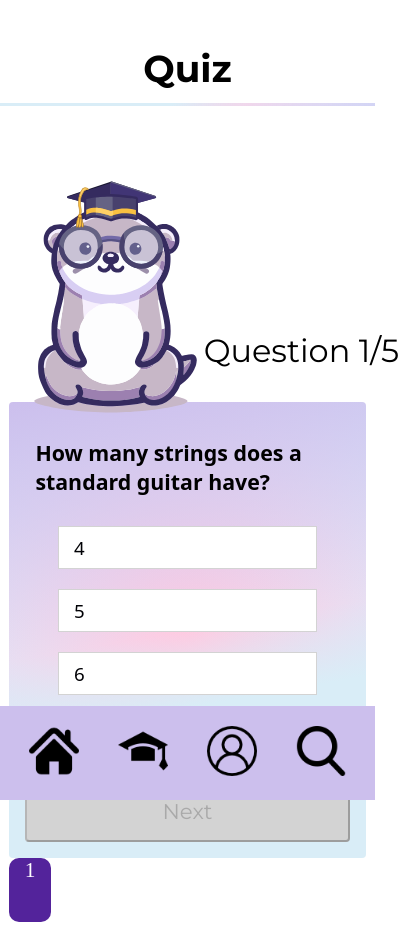
Repository: 1medi/pocketprof
Page: /quiz/page
The author's editor kept a copy of each file at every save. The page is drawn from the files as they stood at one save, then again after the next save.
The browser window is 375 px wide. The page is 411 px wide, so the pictures cover 411 px, including what lies to the right of the window. The pictures show the whole page.
The project was rebuilt for these pictures with package versions that can differ from the ones it lists, and the page was loaded fresh each time. The framework's server and built-in components were replaced by stand-ins that run in the browser. Also part of the build but not shown: next.config.mjs, Components/Buttons/Oscar/Oscar.module.css, Components/Buttons/Oscar/index.js.

Above is the page before, as saved 2024-04-14 06:26:40.

### pages/quiz/page.jsx
'use client';
import React, { useState, useRef, useEffect } from 'react';
import { quiz } from "../data"
import styles from "./page.module.css"
import { Montserrat } from "next/font/google"
import Header from '@/Components/Header';
import NavBar from "@/Components/Navbar"
import Image from 'next/image';


const notoSans = Montserrat({
  subsets: ['latin'],
});

export default function Page() {
  const [activeQuestion, setActiveQuestion] = useState(0);
  const [selectedAnswer, setSelectedAnswer] = useState('');
  const [checked, setChecked] = useState(false);
  const [selectedAnswerIndex, setSelectedAnswerIndex] = useState(null);
  const [showResult, setShowResult] = useState(false);
  const [result, setResult] = useState({
    score: 0,
    correctAnswers: 0,
    wrongAnswers: 0,
  });
  const [progress, setProgress] = useState(0);

  const nextButtonRef = useRef(null);

  const { questions } = quiz;
  const { answers, correctAnswer } = questions[activeQuestion];

  const onAnswerSelected = (answer, idx, event = null) => {
    if (event && event.type === 'keydown' && (event.key !== 'Enter' && event.key !== ' ')) {
      return;
    }
    setChecked(true);
    setSelectedAnswerIndex(idx);
    if (answer === correctAnswer) {
      setSelectedAnswer(true);
      console.log('true');
    } else {
      setSelectedAnswer(false);
      console.log('false');
    }
  };


  useEffect(() => {
    if (checked && nextButtonRef.current) {
      nextButtonRef.current.focus();
    }
  }, [checked]);

  const nextQuestion = () => {
    setProgress((prevProgress) => (prevProgress + 1) % 5); // Change 5 to the total number of nested divs
    setSelectedAnswerIndex(null);
    setResult((prev) =>
      selectedAnswer
        ? {
            ...prev,
            score: prev.score + 5,
            correctAnswers: prev.correctAnswers + 1,
          }
        : {...prev,
            wrongAnswers: prev.wrongAnswers + 1,
          }
    );
    if (activeQuestion !== questions.length - 1) {
      setActiveQuestion((prev) => prev + 1);
    } else {
      setActiveQuestion(0);
      setShowResult(true);
    }
    setChecked(false);
  };

  return (
    <>
    <Header name="Quiz"/>
      <div className={`${styles.container}`}>
      <div>
      <div className={styles.oscarBox}>
    <Image
      priority
      src="/img/oscar/oscar-main.svg"
      width="100"
      height="100"
      alt="oscar"
      className={styles.oscar}
    />
    {!showResult && (
      <div className={styles.activeQ}>
        Question {activeQuestion + 1}
        <span>/{questions.length}</span>
      </div>
    )}
  </div>
    </div>
      <div>
        {!showResult ? (
          <div className={styles.quizContainer}>
            <h3 className={styles.question}>{questions[activeQuestion].question}</h3>
            {answers.map((answer, idx) => (
              <li
                key={idx}
                onClick={() => onAnswerSelected(answer, idx)}
                onKeyDown={(event) => onAnswerSelected(answer, idx, event)}
                className={`${styles.answerList} ${selectedAnswerIndex === idx ? styles.itemSelected : styles.itemHover}`}
                tabIndex={0}>
                <span>{answer}</span>
              </li>
            ))}

            <button
              ref={nextButtonRef}
              onClick={nextQuestion}
              className={checked ? styles.btn : styles.btnDisabled}
              tabIndex={2}
              disabled={!checked}>
              {activeQuestion === questions.length - 1 ? 'Finish' : 'Next'}
            </button>
          </div>
        ) : (
          <div className={styles.quizContainer}>
            <div className={styles.result}><h3 className={styles.hthree}>Results</h3></div>
            <div><h2 className={styles.htwo}>Overall {(result.score / (questions.length * 5)) * 100}%</h2></div>
            <div className={styles.resultBox}>
              <p className={styles.paragraph}>
              Total Questions: <span>{questions.length}</span>
            </p>
            <p className={styles.paragraph}>
              Total Score: <span>{result.score}</span>
            </p>
            <p className={styles.paragraph}>
              Correct Answers: <span>{result.correctAnswers}</span>
            </p>
            <p className={styles.paragraph}>
              Wrong Answers: <span>{result.wrongAnswers}</span>
            </p>
            </div>
            <button className={styles.btn} onClick={() => window.location.reload()}>Restart</button>
          </div>
        )}
      </div>
      <div className={styles.progressBar}>
          <div className={styles.step} style={{ opacity: progress >= 0 ? 1 : 0 }}><p className={styles.barText}>1</p></div>
          <div className={styles.step} style={{ opacity: progress >= 1 ? 1 : 0 }}><p className={styles.barText}>2</p></div>
          <div className={styles.step} style={{ opacity: progress >= 2 ? 1 : 0 }}><p className={styles.barText}>3</p></div>
          <div className={styles.step} style={{ opacity: progress >= 3 ? 1 : 0 }}><p className={styles.barText}>4</p></div>
          <div className={styles.step} style={{ opacity: progress >= 4 ? 1 : 0 }}><p className={styles.barText}>5</p></div>
      </div>
      </div>
    <NavBar/>
    </>

  );
};

### pages/api/chat-gpt/route.js
import { NextResponse } from "next/server";

export async function POST(request) {
  return NextResponse.json({
    name: "IT WORKS!!!",
  });
}

### styles/globals.css
:root {
background-color: white;
align-content: center;
--main-color-purple: #53239B;
--main-color-lightpurple: #CCBFED;
--secondary-color-blue: #9AB7F9;
--secondary-color-lightblue: #CCE3FB;

--font-header: 34pt ;
--font-section-header: 28pt;
--font-sub-header: 24pt;
--font-button: 16pt;
--font-body: 16pt;
--font-secondary: 14pt;
--font-tertiary:12pt;

--headings: "Montserrat", "sans-serif";;
--body-text: "Noto Sans", sans-serif;

}


* {
    padding: 0;
    margin: 0;
  }

  ol,
  ul {
    list-style: none;
  }

### pages/data.js
export const quiz = {
    totalQuestions: 5,
    questions: [
      {
        id: 1,
        question: 'How many strings does a standard guitar have?',
        answers: ['4', '5', '6', '7'],
        correctAnswer: '6',
      },
      {
        id: 2,
        question: 'Which part of the guitar do you strum or pluck the strings with?',
        answers: ['Headstock', 'Fretboard', 'Body', 'Bridge'],
        correctAnswer: 'Body',
      },
      {
        id: 3,
        question: 'What is a pick used for in playing the guitar?',
        answers: ['Holding the strings down', 'Strumming or plucking the strings', 'Keeping the guitar in tune', 'San Marino'],
        correctAnswer: 'Strumming or plucking the strings',
      },
      {
        id: 4,
        question: 'What is the name of the thickest string on the guitar?',
        answers: ['A string', 'E string', 'D string', 'G string'],
        correctAnswer: 'E string',
      },
      {
        id: 5,
        question: 'Where do you place your fingers to play different notes on the guitar?',
        answers: ['On the body', 'On the headstock', 'On the strings over the fretboard', 'On the tuning pegs'],
        correctAnswer: 'On the strings over the fretboard',
      },
    ],
  };

### pages/quiz/page.module.css

@media only screen and (max-width:431px) {
  .container{
  padding: 1rem 0;
  background-color: white;
  width: 95%;
  margin: auto;
  margin-top: 3rem;
  border-radius: 10px;
  font-size: var(--font-body);

}

.question{
  font-family: var(--body-text);
  font-size: var(--font-body);
  margin: 20px 10px;

}

.htwo {
  padding-bottom: 2rem;
  color: #000105;
  font-family: var(--headings);
  font-size: var(--font-sub-header);
}

.hthree {
  padding-bottom: 2rem;
  color: #000105;
  font-family: var(--headings);
  font-size: var(--font-sub-header);
  text-align: left;
}

.result{
  left:0;
  width:100%;
  border-bottom: 0.5px solid black;
  height: 40px;
  margin-bottom: 3rem;
}

.btn {
  padding: 16px 8px;
  width: 100%;
  margin-top: 12px;
  font-size: var(--font-button);
  border-radius: 5px;
  cursor: pointer;
  background-color: var(--main-color-purple);
  color: white;
  font-family: var(--headings);
  align-self: center;
}

.btnDisabled {
  background-color: lightgray;
  padding: 16px 8px;
  width: 100%;
  margin-top: 12px;
  font-size: var(--font-button);
  border-radius: 4px;
  color: darkgray;
  font-family: var(--headings);
}

.answerList {
  list-style-type: none;
  cursor: pointer;
  margin: 10px 50px;
  padding: 8px 15px;
  color: #000105;
  border: 1.5px solid lightgray;
  background-color: white;
  font-family: var(--body-text);
  font-size: var(--font-secondary);
  width: 70%;
}

.activeQ{
  margin: 5rem 12rem;
  position: absolute;
  top: 50%; /* center vertically */
  left: 50%; /* center horizontally */
  transform: translate(-50%, -50%); /* adjust precise centering */
  width: 100%;
  color: black;
  text-align: center;
  padding:10px;
  font-family: var(--headings);
  font-size: var(--font-sub-header)
}

.itemHover:hover {
  background-color: #CCBFED;
  columns: #fff;
}

.itemSelected {
  color: #474747;
  background-color:#8E71D5;
}

.quizContainer {
  background: linear-gradient(-10deg, #d9edf7 35%, rgba(237, 202, 216, 0) 50%, var(--main-color-lightpurple)), radial-gradient(circle, #ffcae1 0, #daeafc 100%);
  padding: 1rem;
  margin-top: 2rem;
  border-radius: 4px;
  display: flex;
  flex-direction: column;
  justify-content: center;
  align-items: center;

}

.paragraph {
  padding: 8px 0;
  font-size: var(--font-body);
  font-family: var(--body-text);
  margin: 10px;
  padding: 8px 50px 8px 10px;
  color: #000105;
  border-bottom: 1.5px solid lightgray;
  background-color: white;
  text-align: left;
}

.resultBox{
  background-color: white;
  padding: 2rem;
  width: fit-content;
  display: flex;
  flex-direction: column;
  align-self: center;
  border-radius: 10px;
  margin-bottom: 2rem;
}

.oscarBox {
  position: relative;
  width: 200px;
  height: 200px;
}

.oscar {
  display: block;
  width: 100%;
  height: auto;
}

.progressBar{
  display: flex;
  flex: row;
  border-radius: 5px;
}

.step{
  background-color: var(--main-color-purple);
  transition: background-color 0.5s ease;
  height:3em;
  width: 10em;
  margin-right:30px;
  border-radius: 10px;
  text-align: center;
}

.barText{
  color:white;
}


}

### Components/Header/index.js
import styles from "@/Components/Header/Header.module.css"
import Link from "next/link"

export default function Header({name}){
  return (
    <>
    <header className={styles.header}>

      <h1 className={styles.headerTitle}>{name}</h1>
    </header>
    </>
  )
}

### Components/Navbar/index.js
import styles from "./Navbar.module.css"
import Oscar from "@/Components/Buttons/Oscar"
import Link from "next/link"
import Home from "@/public/img/home-icon-silhouette.png"
import Image from "next/image"
import Learn from "@/public/img/learn.png"
import Profile from "@/public/img/navuser.png"
import Search from "@/public/img/search.png"

export default function NavBar() {
  return (
    <nav className={styles.nav}>
      <div className={styles.navContainer}>
        <ul className={styles.navOptions}>
          <li className={styles.navLink}>
            <Link href={'/'} className={styles.navText}>
              <Image
              className={styles.image}
              src={Home}
              width={50}
              height={50}
              />
            </Link>
          </li>
          <li className={styles.navLink}>
            <Link href={'/Courses'} className={styles.navText}>
              <Image
              className={styles.image}
              src={Learn}
              width={50}
              height={50}
              />
            </Link>
          </li>
          <li className={styles.navLink}>
            <Link href={'/Profile'} className={styles.navText}>
              <Image
              className={styles.image}
              src={Profile}
              width={50}
              height={50}
              />
            </Link>
          </li>
          <li className={styles.navLink}>
            <Link href={'/QuizPage'} className={styles.navText}>
              <Image
              className={styles.image}
              src={Search}
              width={50}
              height={50}
              />

            </Link>
          </li>
        </ul>
      </div>
    </nav>
  )
}

### Components/Header/Header.module.css
.header{
  max-height: 400;
  height: 4rem;
  position: relative;
  padding: 1.3rem;
  backdrop-filter: blur(10px);
  justify-content: center;
  align-items: center;
  }

  .header::before {
    content: "";
    position: absolute;
    inset: 0;
    border-bottom: 3px solid transparent;
    background: linear-gradient(140deg,  #d9edf7 35%, rgba(237, 202, 216, 0) 50%, var(--main-color-lightpurple)), radial-gradient(circle, #ffcae1 0, #daeafc 100%) border-box;
    mask: linear-gradient(#fff 0 0) padding-box, linear-gradient(#fff 0 0);
    mask-composite: exclude;
  }


.headerTitle{
  text-align: center;
  margin:auto;
  display: flex;
  justify-content: center;
  color: black;
  padding-top: 25px;
  font-family: var(--headings);
  font-size: var(--font-section-header);
}

### Components/Navbar/Navbar.module.css
@media only screen and (max-width:430px) {
  .nav {
  position: fixed;
  bottom: 0;
  left: 0;
  width: 100%;
  display: flex;
  flex-direction: row;
  background-color:var(--main-color-lightpurple);
  justify-content: space-around;
}

.navContainer{
  position: relative;
  justify-content: space-around;
  width: 100%;
}
.buttonContainer{
  padding:10px;

}

.navOptions{
  display: flex;
  flex-direction: row;
  text-align: center;
  justify-content: space-around;
  padding: 10px;
  text-decoration: none;
}

.navLink{
  padding: 10px;
  border-radius: 10px;
  text-decoration: none;
  list-style: none;
  position: relative;
  justify-content: center;
}

.image:hover{
  background-color: #8b82a4;
}

.navText{
  text-decoration: none;
  list-style: none;
  color:black;
}

.navText:visited{
  text-decoration: none;
  list-style: none;
  color: black;
}

.oscar{
  position:relative
}
}

Loaded but not shown: pages/_app.js (common file); pages/_document.js (common file); pages/api/hello.js (common file); pages/api/askOscar.js (no copy from this time; the picture is the same without it); pages/api/chat.js (no copy from this time; the picture is the same without it); pages/api/image.js (no copy from this time; the picture is the same without it)

After the next save:
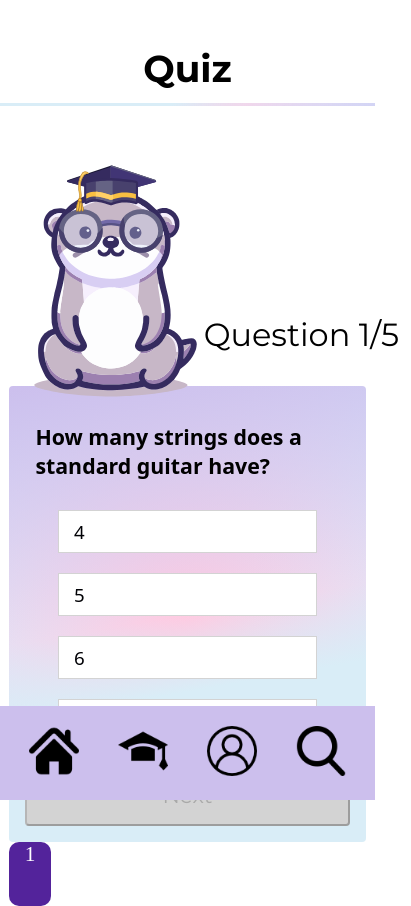
Saved 31 s later.
--- a/pages/quiz/page.module.css
+++ b/pages/quiz/page.module.css
@@ -1,7 +1,7 @@
 
 @media only screen and (max-width:431px) {
   .container{
-  padding: 1rem 0;
+  padding: 0;
   background-color: white;
   width: 95%;
   margin: auto;
